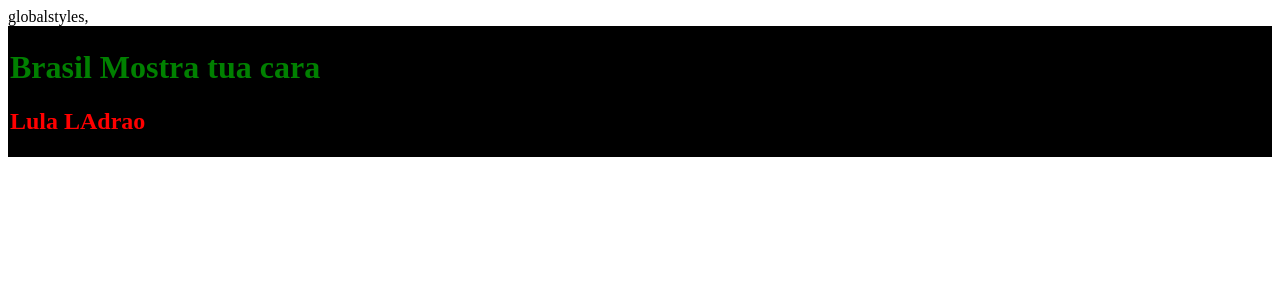
Repository: lcluizrj/meu-projeto-vscode
Page: / (app in cadastro-usuarios-devclub/)
The author's editor kept a copy of each file at every save. The page is drawn from the files as they stood at one save, then again after a run of saves.
The browser window is 1280 px wide. The pictures show the whole page.
The project was rebuilt for these pictures with package versions that can differ from the ones it lists, and the page was loaded fresh each time. Also part of the build but not shown: cadastro-usuarios-devclub/vite.config.js.

Above is the page before, as saved 2026-08-12 18:38:31.

After the next 2 saves:
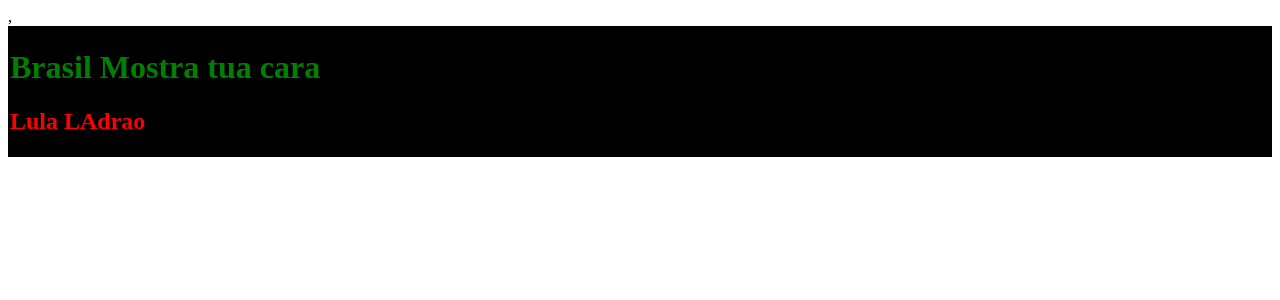
The 2 saves are shown as one change because they came seconds apart.
The last was saved 21 s later.
--- a/cadastro-usuarios-devclub/src/main.jsx
+++ b/cadastro-usuarios-devclub/src/main.jsx
@@ -5,7 +5,7 @@
 
 createRoot(document.getElementById('root')).render(
   <StrictMode>
-    <>globalstyles</>,
+    <globalstyles/>,
     <App />
   </StrictMode>,
 )
